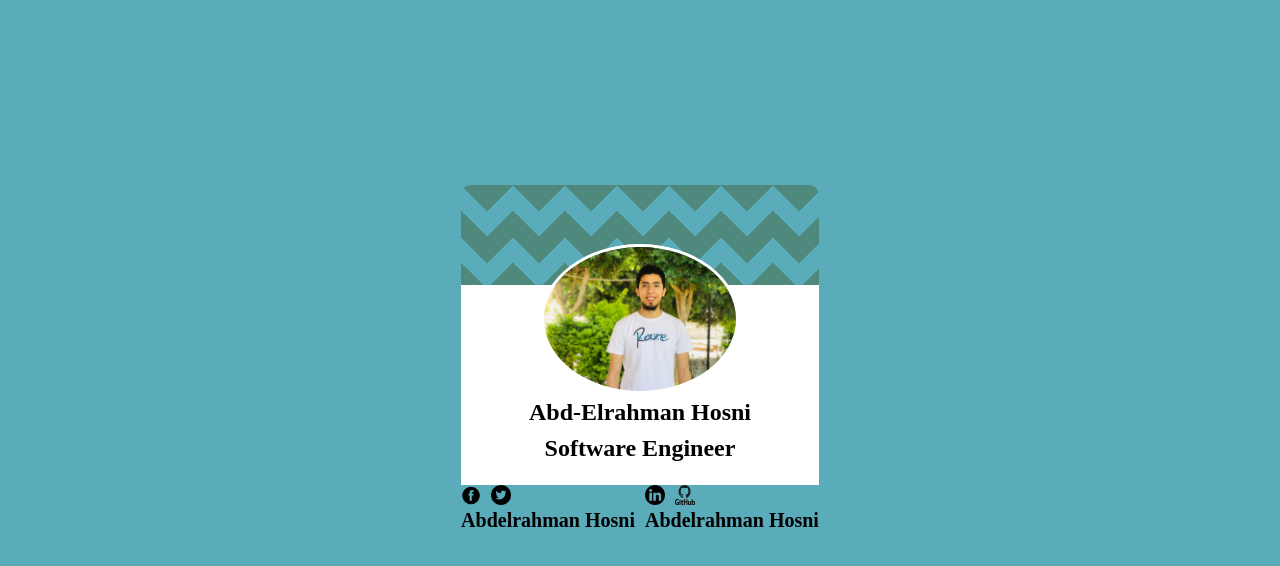
Repository: Abdo-Hosni123/Html-and-css-projects
Page: index.html
An editor plug-in stored every save of this project. The page is shown before and after the next save, followed by the edit.
The browser window is 1280 px wide. The pictures show the whole page.

Above is the page before, as saved 2023-12-06 00:34:36.

### index.html
<!doctype html>
<html lang="en">
  <head>
    <meta charset="UTF-8" />
    <meta name="viewport" content="width=device-width, initial-scale=1.0" />
    <title>Abd-Elrahman Honsi's profile component</title>
    <link rel="stylesheet" href="Style.css" />
  </head>
  <body>
    <div class="container">
      <article class="card">
        <div class="top"></div>
        <div class="middle">
          <img
            src="./assets/mypicture.jpg"
            alt="picture of Abdelrahman Hosni"
            class="card-img"
          />
          <h1 class="middle-title">Abd-Elrahman Hosni</h1>
          <h2 class="middle-des">Software Engineer</h2>
        </div>
        <div class="bottom">
          <div class="colum">
            <div class="icons">
              <img
                class="icon"
                src="/assets/facebook.png"
                alt="picture of facebook"
              />
              <img
                class="icon"
                src="/assets/twitter.png"
                alt="picture of twitter"
              />
            </div>
            <h3 class="username">Abdelrahman Hosni</h3>
          </div>
          <div class="colum">
            <div class="icons">
              <img
                class="icon"
                src="/assets/linkedin.png"
                alt="picture of linkedin "
              />
              <img
                class="icon"
                src="/assets/github_PNG20-1.png"
                alt="picture of github  "
              />
            </div>
            <h3 class="username">Abdelrahman Hosni</h3>
          </div>
        </div>
      </article>
    </div>
  </body>
</html>

### Style.css
*,
*::before,
*::after {
  box-sizing: border-box;
}
* {
  margin: 0;
}
body {
  line-height: 1.5;
  -webkit-font-smoothing: antialiased;
}

img,
picture,
video,
canvas,
svg {
  display: block;
  max-width: 100%;
}

input,
button,
textarea,
select {
  font: inherit;
}

p,
h1,
h2,
h3,
h4,
h5,
h6 {
  overflow-wrap: break-word;
}

#root,
#__next {
  isolation: isolate;
}
.container {
  display: flex;
  align-items: center;
  justify-content: center;
  min-height: 100vh;
  background-color: #5bacba;
}
.card {
  display: flex;
  flex-direction: column;
  min-width: 350px;
  border-radius: 10px;
  overflow: hidden;
}
.top {
  height: 100px;
  background-color: #e5e5f7;
  opacity: 0.8;
  background-color: #5bacba;
  opacity: 0.5;
  background-image: linear-gradient(135deg, #446740 25%, transparent 25%),
    linear-gradient(225deg, #446740 25%, transparent 25%),
    linear-gradient(45deg, #446740 25%, transparent 25%),
    linear-gradient(315deg, #446740 25%, #5bacba 25%);
  background-position:
    26px 0,
    26px 0,
    0 0,
    0 0;
  background-size: 52px 52px;
  background-repeat: repeat;
  z-index: 1;
}
.middle {
  display: flex;
  flex-direction: column;
  justify-content: center;
  align-items: center;
  background-color: white;
  height: 200px;
}
.card-img {
  margin-top: -60px;
  border-radius: 50%;
  border: 3px solid white;
  height: 150px;
  z-index: 2;
}
.bottom {
  display: flex;
  gap: 10px;
  align-items: center;
  justify-content: center;
}
.icons {
  display: flex;
  gap: 10px;
}
.icon {
  height: 20px;
  width: 20px;
}
.username {
  font-size: 20px;
}

After the next save:
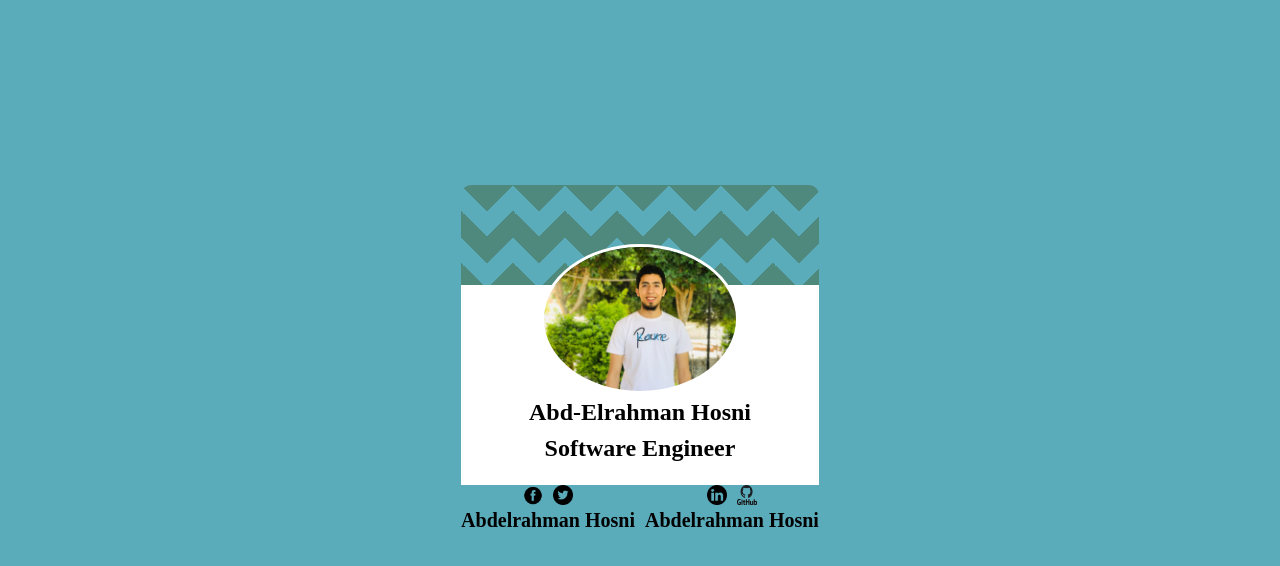
Saved 24 s later.
--- a/Style.css
+++ b/Style.css
@@ -92,11 +92,11 @@ h6 {
 .bottom {
   display: flex;
   gap: 10px;
-  align-items: center;
-  justify-content: center;
 }
 .icons {
   display: flex;
+  align-items: center;
+  justify-content: center;
   gap: 10px;
 }
 .icon {
